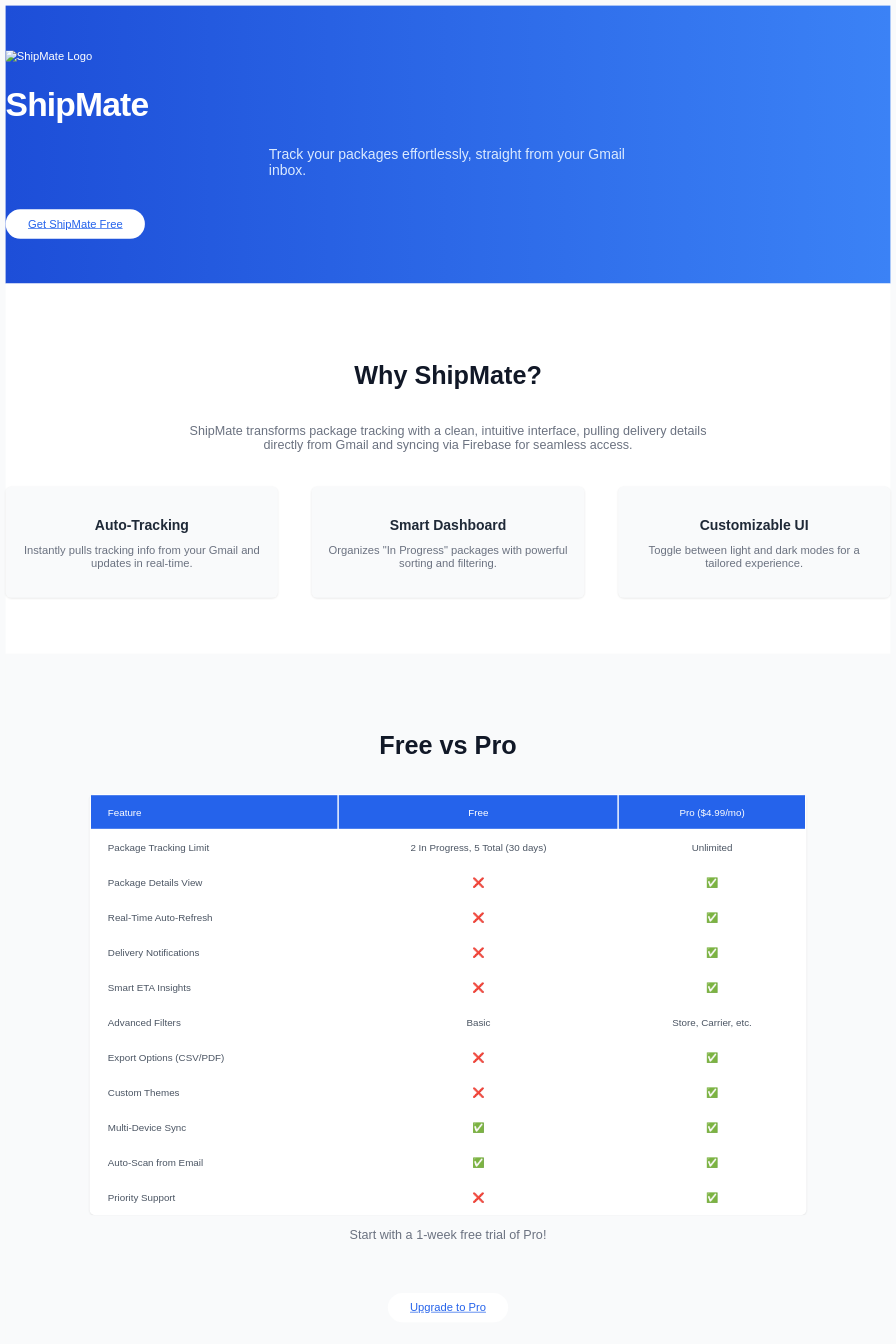
Repository: epeguero8311/shipmate-website
Page: index.html
An editor plug-in stored every save of this project. The page is shown before and after the next save, followed by the edit.
The browser window is 1280 px wide. The pictures show the part of the page from y = 0 to 1920 px (the page is 2577 px tall before and 2559 px after), at 70% of full size.

Above is the page before, as saved 2025-10-21 21:48:43.
Not found: placeholder-logo.png

After the next save:
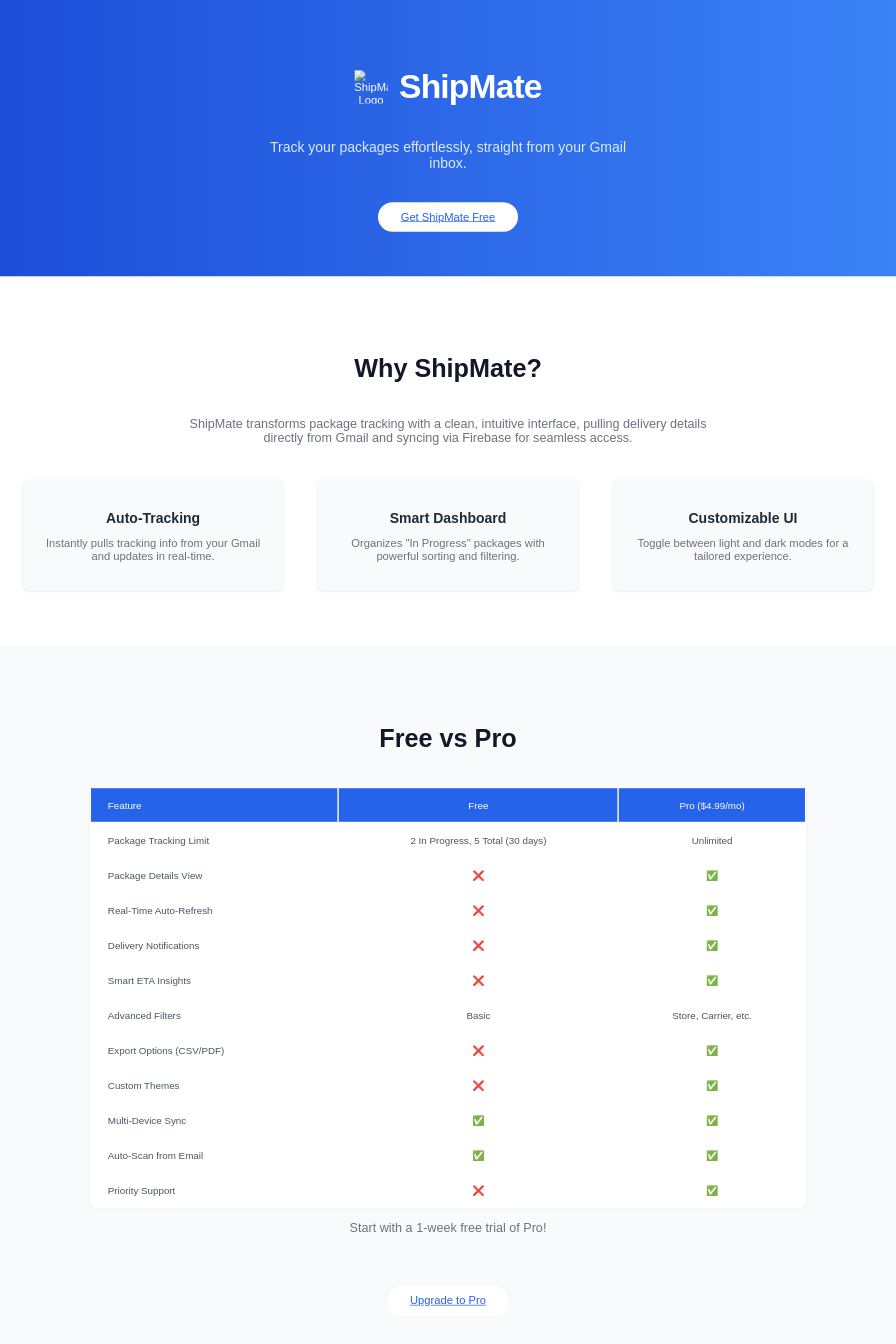
Saved 4 s later.
--- a/styles.css
+++ b/styles.css
@@ -1,26 +1,42 @@
 html {
   scroll-behavior: smooth;
+  -ms-overflow-style: none;
+  scrollbar-width: none;
+}
+
+html::-webkit-scrollbar {
+  display: none;
 }
 
 body {
   background-color: #F9FAFB;
   font-family: sans-serif;
   -webkit-font-smoothing: antialiased;
-}
-
-.container {
-  max-width: 1280px;
-  margin-left: auto;
-  margin-right: auto;
-  padding-left: 16px;
-  padding-right: 16px;
+  margin: 0;
+}
+
+.header-container {
+  max-width: 100%;
+  padding: 0 1rem;
+  text-align: center;
 }
 
 .header {
   background: linear-gradient(to right, #1D4ED8, #3B82F6);
   color: white;
-  padding-top: 4rem;
-  padding-bottom: 4rem;
+  padding: 4rem 0;
+}
+
+.header-logo-title {
+  display: flex;
+  align-items: center;
+  justify-content: center;
+  gap: 1rem;
+}
+
+.header-logo {
+  width: 48px;
+  height: 48px;
 }
 
 .header-title {
@@ -71,15 +87,18 @@
 }
 
 .section {
-  padding-top: 5rem;
-  padding-bottom: 5rem;
+  padding: 5rem 0;
   background-color: white;
 }
 
 .section-alt {
-  padding-top: 5rem;
-  padding-bottom: 5rem;
+  padding: 5rem 0;
   background-color: #F9FAFB;
+}
+
+.section-container {
+  max-width: 100%;
+  padding: 0 1rem;
 }
 
 .section-title {
@@ -110,6 +129,7 @@
 .grid {
   display: grid;
   gap: 3rem;
+  padding: 0 1rem;
 }
 
 @media (min-width: 768px) {
@@ -144,6 +164,7 @@
 
 .table-wrapper {
   overflow-x: auto;
+  padding: 0 1rem;
 }
 
 .table {
@@ -188,10 +209,15 @@
 }
 
 .cta {
-  padding-top: 5rem;
-  padding-bottom: 5rem;
+  padding: 5rem 0;
   background: linear-gradient(to right, #1D4ED8, #3B82F6);
   color: white;
+}
+
+.cta-container {
+  max-width: 100%;
+  padding: 0 1rem;
+  text-align: center;
 }
 
 .cta-buttons {
@@ -218,10 +244,15 @@
 }
 
 .footer {
-  padding-top: 2.5rem;
-  padding-bottom: 2.5rem;
+  padding: 2.5rem 0;
   background-color: #111827;
   color: #D1D5DB;
+}
+
+.footer-container {
+  max-width: 100%;
+  padding: 0 1rem;
+  text-align: center;
 }
 
 .footer-link {
